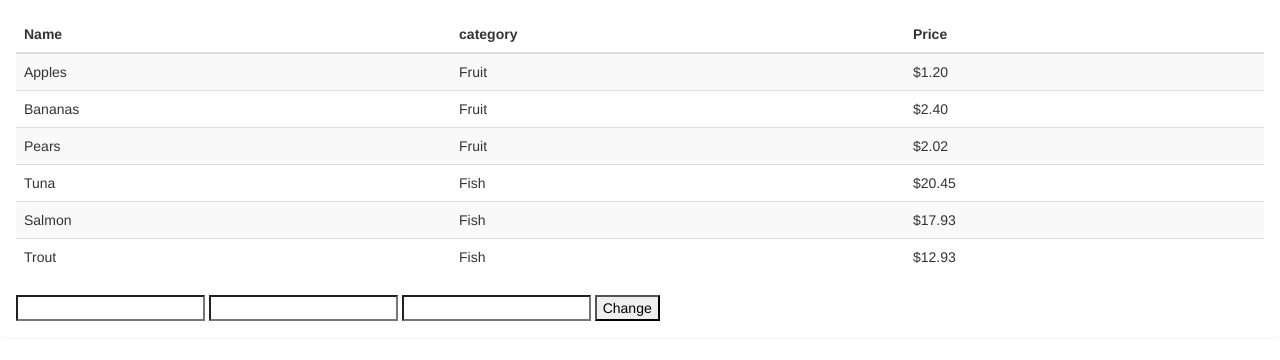
Repository: chisun-joung/workplace
Page: angularJS/WebContent/Chap17_CustomDirective/P515_Compile.html
The author's editor kept a copy of each file at every save. The page is drawn from the files as they stood at one save, then again after the next save.
The browser window is 1280 px wide. The pictures show the whole page.
Some web libraries are served in a nearby version.

Above is the page before, as saved 2016-12-01 00:19:08.

After the next save:
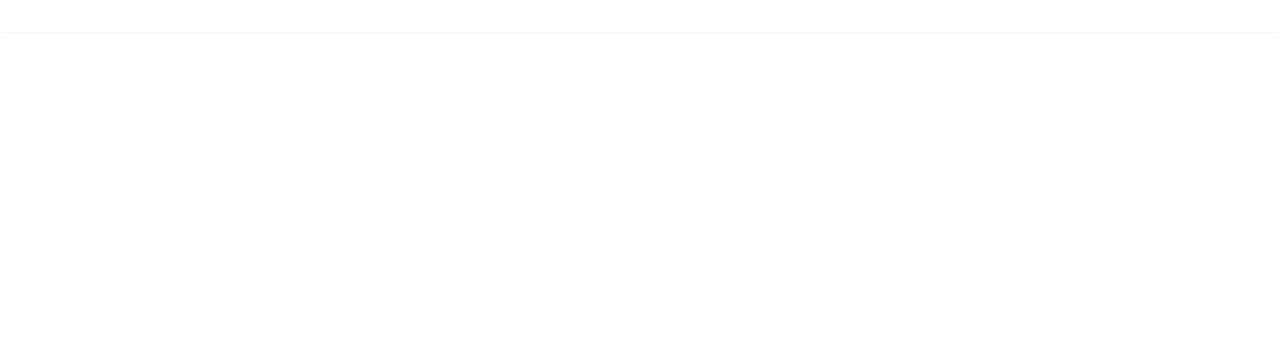
Saved 6 min 53 s later.
--- a/angularJS/WebContent/Chap17_CustomDirective/P515_Compile.html
+++ b/angularJS/WebContent/Chap17_CustomDirective/P515_Compile.html
@@ -26,7 +26,7 @@
 			<input type="text" ng-model="product.name">
             <input type="text" ng-model="product.category">
             <input type="text" ng-model="product.price">
-			<button id="btn">Change</button>
+			<button id="btn" ng-click="addItem({product:product})">Change</button>
 		</div>
 	</script>
     <script type="text/javascript">
@@ -41,6 +41,12 @@
 					{ name: "Salmon", category: "Fish", price: 17.93 },
 					{ name: "Trout", category: "Fish", price: 12.93},
 				];
+
+            	$scope.addProduct = function(product){
+            		if(angular.isDefined(product)){
+            			$scope.products.push(product);
+            		}
+            	}
             })
             .directive("simpleRepeater", function () {
                 return {
@@ -50,6 +56,7 @@
                     },
                     scope: {
                     	products:'=',
+                    	addItem:'$addProduct'
                     }
                 }
             });
@@ -57,7 +64,7 @@
 </head>
 <body ng-controller="defaultCtrl" class="panel panel-body" >
 
-    <div simple-repeater products="products"></div>
+    <div simple-repeater products="products" add-product="addProduct(product)"></div>
 
 </body>
 </html>

After the 2 saves that followed:
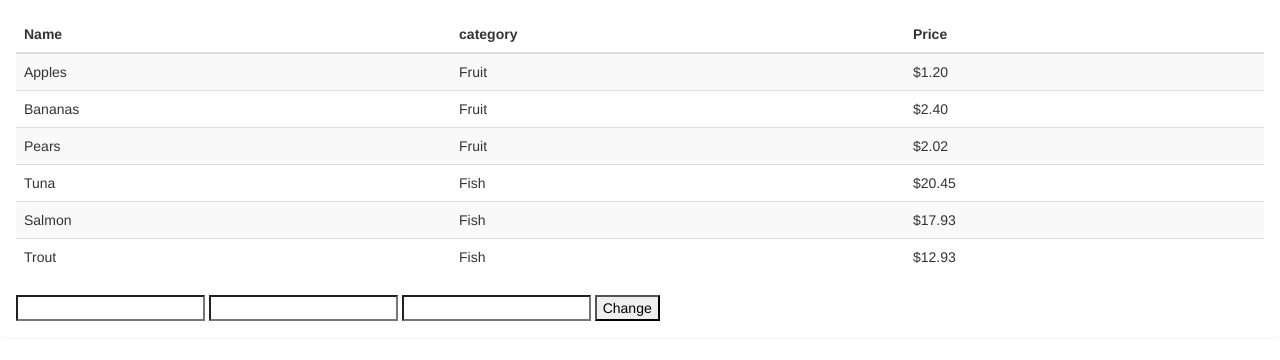
The 2 saves are shown as one change because 1 left the picture as it was.
The last was saved 68 s later.
--- a/angularJS/WebContent/Chap17_CustomDirective/P515_Compile.html
+++ b/angularJS/WebContent/Chap17_CustomDirective/P515_Compile.html
@@ -26,7 +26,7 @@
 			<input type="text" ng-model="product.name">
             <input type="text" ng-model="product.category">
             <input type="text" ng-model="product.price">
-			<button id="btn" ng-click="addItem({product:product})">Change</button>
+			<button id="btn" ng-click="addItem({item:product})">Change</button>
 		</div>
 	</script>
     <script type="text/javascript">
@@ -56,7 +56,7 @@
                     },
                     scope: {
                     	products:'=',
-                    	addItem:'$addProduct'
+                    	addItem:'&addProduct'
                     }
                 }
             });
@@ -64,7 +64,7 @@
 </head>
 <body ng-controller="defaultCtrl" class="panel panel-body" >
 
-    <div simple-repeater products="products" add-product="addProduct(product)"></div>
+    <div simple-repeater products="products" add-product="addProduct(item)"></div>
 
 </body>
 </html>
